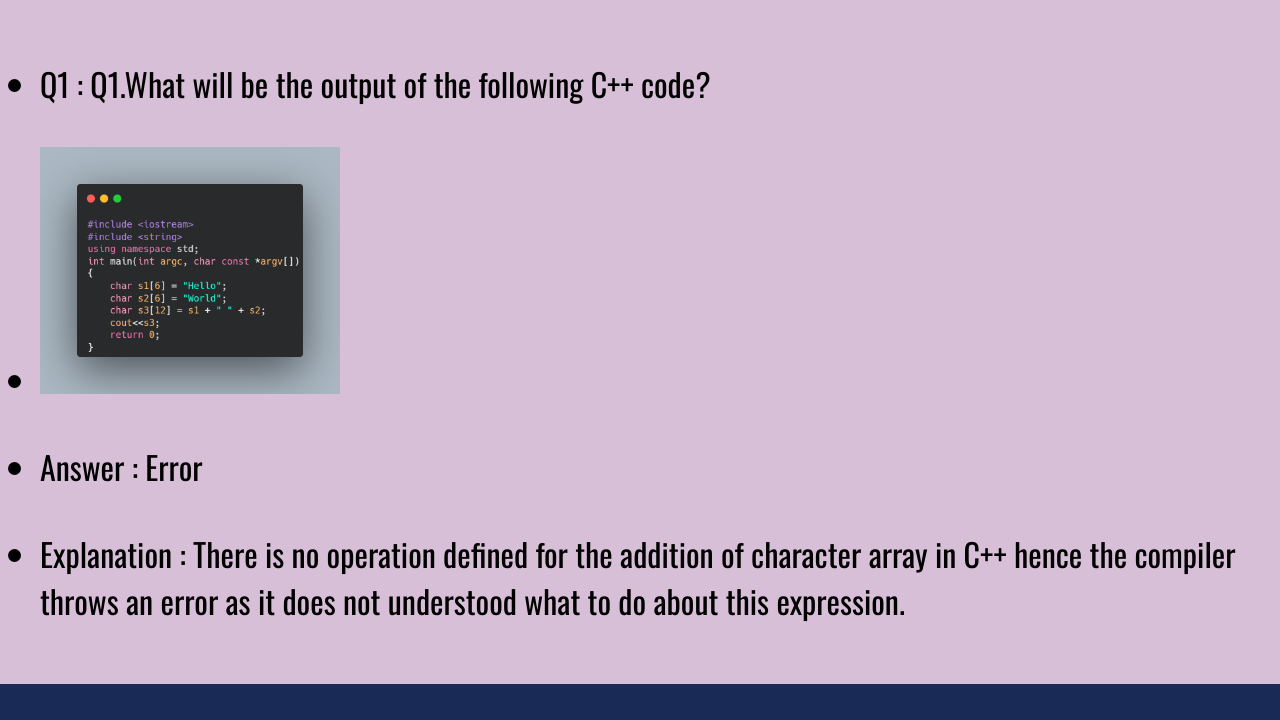
Repository: abdelrahmanahmed20021/Quiz-Platform
Page: info.html
The author's editor kept a copy of each file at every save. The page is drawn from the files as they stood at one save, then again after the next save.
The browser window is 1280 px wide. The pictures show the whole page.

Above is the page before, as saved 2023-01-11 18:09:11.

### info.html
<!DOCTYPE html>
<html lang="en">

    <head>
        <!-- ======== Meta =========== -->
        <meta charset="UTF-8">
        <meta http-equiv="X-UA-Compatible" content="IE=edge">
        <meta name="viewport" content="width=device-width, initial-scale=1.0">
        <title>Question || Platform</title>
        <!-- ======== Links =========== -->
        <link rel="stylesheet" href="./styles/index.css">
        <link rel="stylesheet" href="./styles/responsive.css">
        <style>
            .info-answers{
                background-color: thistle;
                padding: 40px;
            }
            .info-answers li{
                padding: 20px 0;
                font-size: 2rem;
            }
            .info-answers li img{
                width: 300px;
            }
        </style>
        <!-- ======== Links =========== -->
    </head>
    <body>
       <ul class="info-answers">
         <li>Q1 : Q1.What will be the output of the following C++ code?</li>
         <li><img src="../assets/code/1.png" alt=""></li>
         <li>Answer : Error</li>
         <li>Explanation :  There is no operation defined for the addition of character array in C++ hence the compiler throws an error as it does not understood what to do about this expression.</li>
       </ul>
    </body>
</html>

### styles/index.css
/* ========= Import || Font ||  ========= */
@import url('https://fonts.googleapis.com/css2?family=Oswald:wght@200;300;400;500;600;700&display=swap');
/* ========= Import || Font ||  ========= */




/* ========= Set || Variables ||  ========= */
:root {
    --mainColor: #192a56;
    --primaryColor: #273c75;
    --lightColor: #00a8ff;
    --greenColor: #e1b12c;
    --redColor: #487eb0;
    --mainFont: 'Oswald', sans-serif;
    --mainPadding: 40px;
    --primaryPadding: 20px;
    --mainFontSize: 1.2rem;
    --primaryFontSize: .72rem;
    --mainFontWigth: 500;
    --primaryFontWigth: 700;
}

/* ========= Set || Variables ||  ========= */




/* ========= Golbal || Styles ||  ========= */
*>*,
*::after,
*::before {
    padding: 0;
    margin: 0;
    box-sizing: border-box;
    transition: all .5s ease-in-out;
    user-select: none;
    user-zoom: none;
    -webkit-user-drag: none;
}

body {
    background-color: var(--mainColor);
    font-family: var(--mainFont);
}

.flex {
    display: flex;
    align-items: center;
    justify-content: center;
}

.box {
    height: 50%;
}

.border {
    border: 2px solid var(--lightColor);
    border-radius: 10px;
}

.hover:hover {
    background-color: var(--lightColor) !important;
    color: var(--primaryColor) !important;
}

.hover_min_width:active {
    background-color: var(--lightColor) !important;
    color: var(--primaryColor) !important;
}

::-webkit-scrollbar {
    width: 5px;
}

::-webkit-scrollbar-thumb {
    background-color: var(--greenColor);
    border-radius: 10px;
}

/* ========= Golbal || Styles ||  ========= */



/* ========= Main || ElE || Styles ||  ========= */
body>section {
    display: flex;
    height: 100vh;
    padding: 30px;
}

body>section .container_1 {
    width: 70%;
    height: 100%;
}

body>section .container_2 {
    width: 30%;
    height: 100%;
    overflow: hidden;
}

body>section .container_1 .start_btn {
    height: 35%;
    gap: 30px;
}

/* ========= Main || ElE || Styles ||  ========= */

/* ========= Audio || Styles ||  ========= */

body>section>.audio_cotroll {
    position: relative;
}

body>section>.audio_cotroll img {
    top: 0;
    left: 0;
    cursor: pointer;
    position: absolute;
    width: 0;
    height: 0;
    opacity: 0;
}

body>section>.audio_cotroll .active {
    opacity: 1;
    z-index: 100;
    width: auto;
    height: auto;
}

/* ========= Audio || Styles ||  ========= */


/* ========= Container || One || Styles ||  ========= */
body>section .container_1 .start_btn button {
    padding: var(--primaryPadding);
    width: 200px;
    border: 0;
    outline: 0;
    border-radius: 10px;
    font-size: var(--mainFontSize);
    background-color: var(--primaryColor);
    color: var(--lightColor);
    cursor: pointer;
    font-weight: var(--mainFontWigth);
}
body>section .container_1 .start_btn button:hover{
    background-color: var(--lightColor);
    color: var(--mainColor);
}
body>section .container_1 .quest_content {
    height: 65%;
    padding: var(--mainPadding) var(--primaryPadding);
}

body>section .container_1 .quest_content .quset_cont {
    position: relative;
    height: 50%;
    font-size: var(--mainFontSize);
    color: var(--lightColor);
    background-color: transparent;
    padding: 90px;
}
body > #poper_img{
    background-color: #466bdb46;
    backdrop-filter: blur(10px);
    position: fixed;
    top: 0;
    bottom: 0;
    left: 0;
    right: 0;
    z-index: 1000;
    display: flex;
    justify-content: center;
    align-items: center;
}

@media screen and (max-width:675px){
    body > #poper_img img{
        width: 85%;
    }
}

@media screen and (min-width:676px) and (max-width:976px){
    body > #poper_img img{
        width: 90%;
    }
}
body > #poper_img span{
    position: absolute;
    top: 20px;
    left: 20px;
    font-size: 2rem;
    cursor: pointer;
    font-weight: bold;
    font-family: sans-serif;
    color: #e1b12c;
}
body>section .container_1 .quest_index {
    padding: 2px 10px;
    font-size: 16px;
    color: var(--lightColor);
}

body>section .container_1 .quest_content .answers {
    width: 100%;
    justify-content: center;
    flex-wrap: wrap;
}

body>section .container_1 .quest_content .answers span {
    width: 46%;
    margin: 5px;
    min-height: 40px;
    text-align: center;
    padding: 5px 0;
    cursor: pointer;
    color: var(--lightColor);
}


/* ========= Container || One || Styles ||  ========= */




/* ========= Container || Two || Styles ||  ========= */
body>section .container_2 .quest_index_num {
    justify-content: space-between;
    flex-direction: column-reverse;
    min-height: 68%;
    max-height: 68%;
    padding-bottom: 400px;
    margin-bottom: 30px;
    overflow: auto;
}


body>section .container_2 .quest_index_num p {
    display: block;
    width: 100%;
    text-align: center;
    color: var(--primaryColor);
}

body>section .container_2 .quest_index_num .correct_answer {
    background-color: transparent !important;
    color: var(--greenColor) !important;
}

body>section .container_2 .quest_index_num .falsey_answer {
    background-color: transparent !important;
    color: var(--primaryColor) !important;
}

body>section .container_2 .icons_helper {
    justify-content: space-evenly;
    height: 20%;
}

body>section .container_2 .icons_helper .remove_2 {
    width: 80px;
    height: 80px;
    cursor: pointer;
    color: var(--lightColor);
}

body>section .container_2 .icons_helper .google {
    cursor: pointer;
    width: 80px;
    height: 80px;
}

/* ========= Container || Two || Styles ||  ========= */

/* ========= Actives || Class || Styles ||  ========= */
.active_point_quest {
    color: var(--lightColor) !important;
    font-weight: var(--primaryFontWigth);
    font-size: var(--mainFontSize);
}

.falsey_answer {
    background-color: var(--redColor) !important;
    color: var(--lightColor) !important;
}
.falsey_answer_p{
    color: red !important;
}
.correct_answer {
    background-color: var(--greenColor) !important;
    color: var(--lightColor) !important;
}

.hidde_animate_btn {
    transform: scale(0);
    width: 0;
}
.poper_appender{
    color: #00a8ff;
}
.hide_poper{
    display: none !important;
}
.description_hidde{
    display: none;
}
/* ========= Actives || Class || Styles ||  ========= */

### styles/responsive.css
/* ===========  Tablets || Sizes  =============== */
/* =============== Sm ================ */
@media screen and (min-width:360px) and (max-width:960px) {
    :root {
        --mainPadding: 20px;
        --primaryPadding: 10px;
        --mainFontSize: 1rem;
        --mainFontWigth: 400;
        --primaryFontWigth: 500;
    }

    body>section {
        flex-direction: column;
        padding: 20px 10px;
    }

    body>section .container_1 {
        width: 100%;
        height: 70%;

    }

    body>section .container_1 .start_btn {
        height: 20%;
    }

    body>section .container_2 {
        width: 100%;
        height: 30%;
    }

    body>section .container_2 .quest_index_num {
        min-height: 58%;
        max-height: 58%;
        padding-bottom: 0;
        padding-left: 400px;
    }

    body>section .container_2 .icons_helper {
        justify-content: space-between;
    }

    body>section .container_1 .quest_content .quset_cont {
        padding: 40px;
    }

    body>section .container_1 .quest_content .answers span {
        font-size: var(--primaryFontSize);
        font-weight: var(--primaryFontWigth);
    }

    body>section .container_2 .icons_helper .remove_2 {
        width: 60px;
        height: 60px;
    }

    body>section .container_2 .icons_helper .google {
        width: 60px;
        height: 60px;
    }

}

/* =============== Sm ================ */
/* ===========  Tablets || Sizes  =============== */

After the next save:
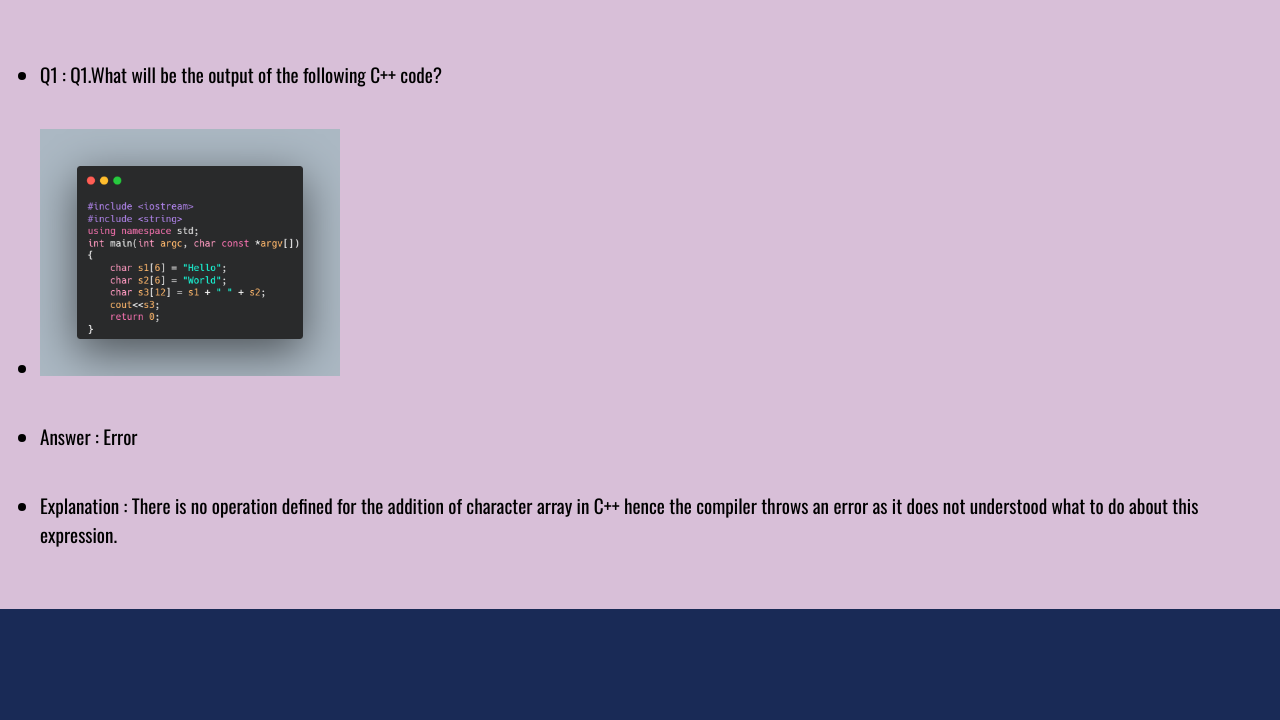
Saved 4 s later.
--- a/info.html
+++ b/info.html
@@ -17,7 +17,7 @@
             }
             .info-answers li{
                 padding: 20px 0;
-                font-size: 2rem;
+                font-size: 1.2rem;
             }
             .info-answers li img{
                 width: 300px;
